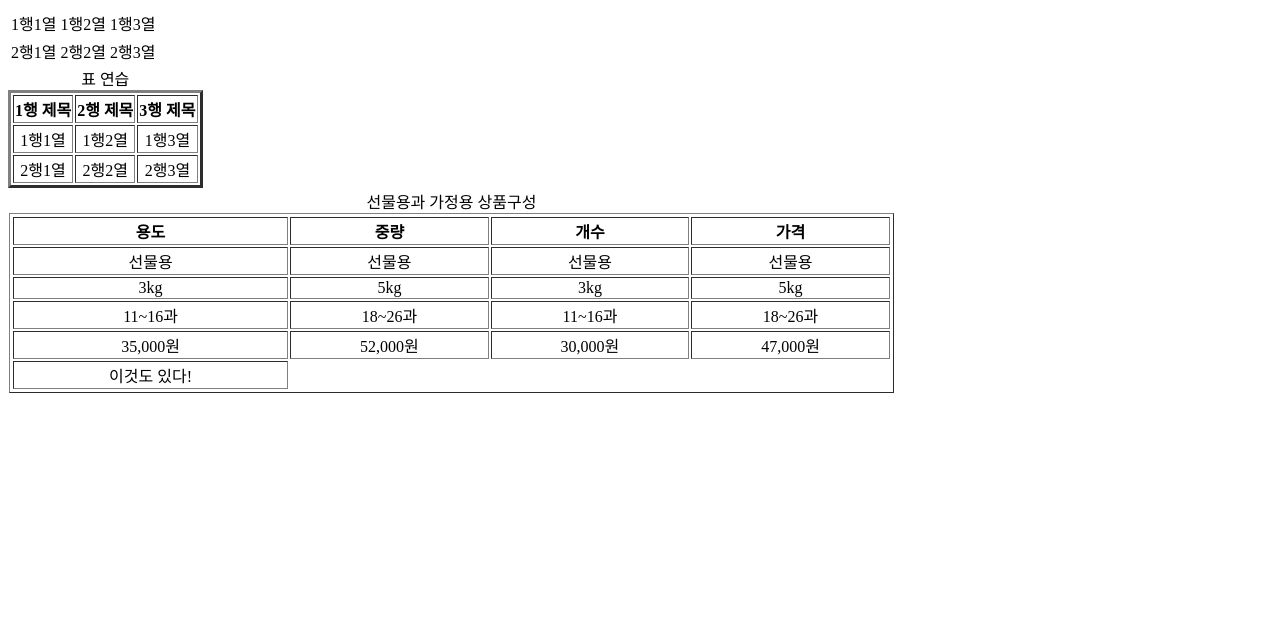
Repository: Kray273/JSLab
Page: html/src/main/webapp/Day96/table.html
The author's editor kept a copy of each file at every save. The page is drawn from the files as they stood at one save, then again after the next save.
The browser window is 1280 px wide. The pictures show the whole page.

Above is the page before, as saved 2022-11-24 02:19:16.

### html/src/main/webapp/Day96/table.html
<!DOCTYPE html>
<html>
<head>
<meta charset="UTF-8">
<title>Table</title>

<style type="text/css">
	td {text-align: center;}
</style>

</head>
<body>

 <!-- 2행 3열  -->
<table>
	<tr><td>1행1열</td><td>1행2열</td><td>1행3열</td></tr>
	<tr><td>2행1열</td><td>2행2열</td><td>2행3열</td></tr>
</table>


 <!-- 속성추가  -->
<table border="3" >
	<caption>표 연습</caption>
	<!-- <tbody> 자동생성 -->
	<tr ><th>1행 제목</th><th>2행 제목</th><th>3행 제목</th></tr>
	<!-- caption, th는 굵은 글씨 내장 -->
	<tr><td>1행1열</td><td>1행2열</td><td>1행3열</td></tr>
	<tr><td>2행1열</td><td>2행2열</td><td>2행3열</td></tr>
	<!-- </tbody> 자동생성 -->
</table>

<!-- 테이블 만들기 -->
<table border="1" style="margin: 1px; padding: 1px; width: 70%;">
	<caption> 선물용과 가정용 상품구성</caption>
	<!-- caption은 자동 가운데 정렬 -->
	<thead>
	<tr>
		<th><center>용도</center></th>
		<!-- 직접할 수도 있지만 css를 이용하는게 효율적 -->
		<th><center>중량</center></th>
		<th><center>개수</center></th>
		<th><center>가격</center></th>
	</tr>
	</thead>
	<tbody>
	<tr>
		<td><center>선물용</center></td>
		<td><center>선물용</center></td>
		<td><center>선물용</center></td>
		<td><center>선물용</center></td>
	</tr>
	<tr>
		<td><center>3kg</center></td>
		<td><center>5kg</center></td>
		<td><center>3kg</center></td>
		<td><center>5kg</center></td>
	</tr>
	<tr>
		<td><center>11~16과</center></td>
		<td><center>18~26과</center></td>
		<td><center>11~16과</center></td>
		<td><center>18~26과</center></td>
	</tr>
	<tr>
		<td><center>35,000원</center></td>
		<td><center>52,000원</center></td>
		<td><center>30,000원</center></td>
		<td><center>47,000원</center></td>
	</tr>
	</tbody>
	<tfoot><tr><td>이것도 있다!</td></tr></tfoot>
</table>


</body>
</html>

After the next save:
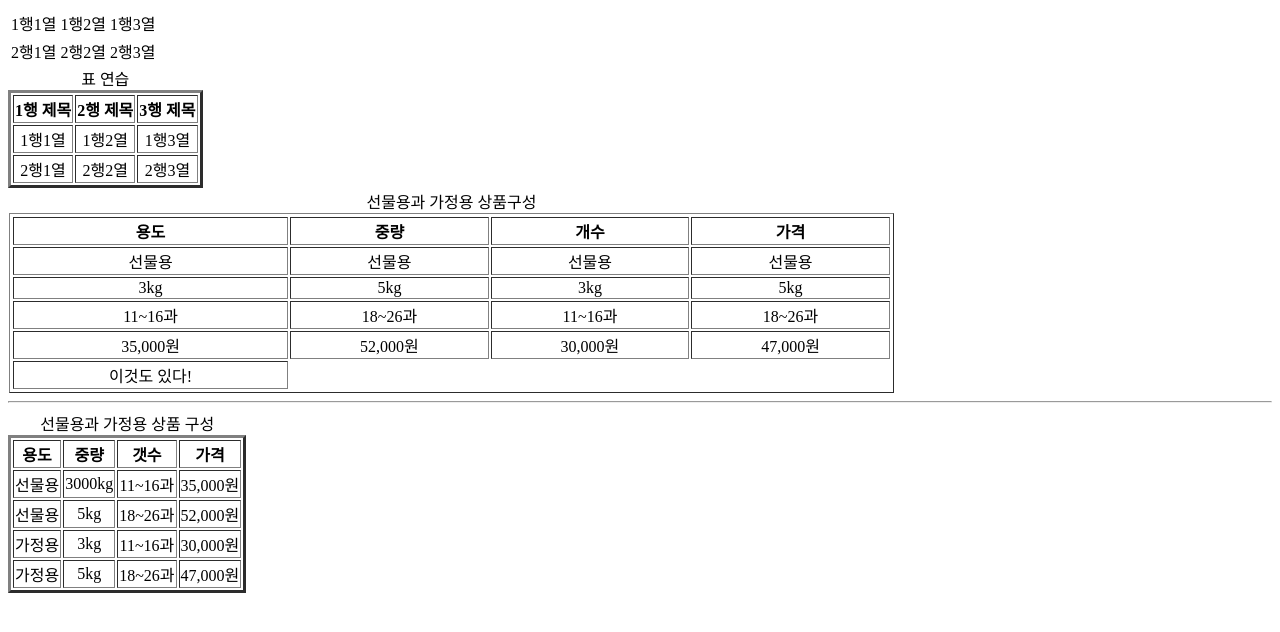
Saved 2 min 19 s later.
--- a/html/src/main/webapp/Day96/table.html
+++ b/html/src/main/webapp/Day96/table.html
@@ -71,6 +71,45 @@
 	<tfoot><tr><td>이것도 있다!</td></tr></tfoot>
 </table>
 
+<hr>
+ <!-- 셀 병합 -->
+<table border="3">
+    <caption>선물용과 가정용 상품 구성</caption>
+    <thead>
+    <tr>
+      <th>용도</th>
+      <th>중량</th>
+      <th>갯수</th>
+      <th>가격</th>
+    </tr>
+    </thead>
+    <tbody>
+    <tr>
+      <td>선물용</td>
+      <td>3000kg</td>
+      <td>11~16과</td>
+      <td>35,000원</td>
+    </tr>
+    <tr>
+      <td>선물용</td>
+      <td>5kg</td>
+      <td>18~26과</td>
+      <td>52,000원</td>
+    </tr>
+    <tr>
+      <td>가정용</td>
+      <td>3kg</td>
+      <td>11~16과</td>
+      <td>30,000원</td>
+    </tr>
+    <tr>
+      <td>가정용</td>
+      <td>5kg</td>
+      <td>18~26과</td>
+      <td>47,000원</td>
+    </tr>
+    </tbody>
+  </table>
 
 </body>
 </html>
